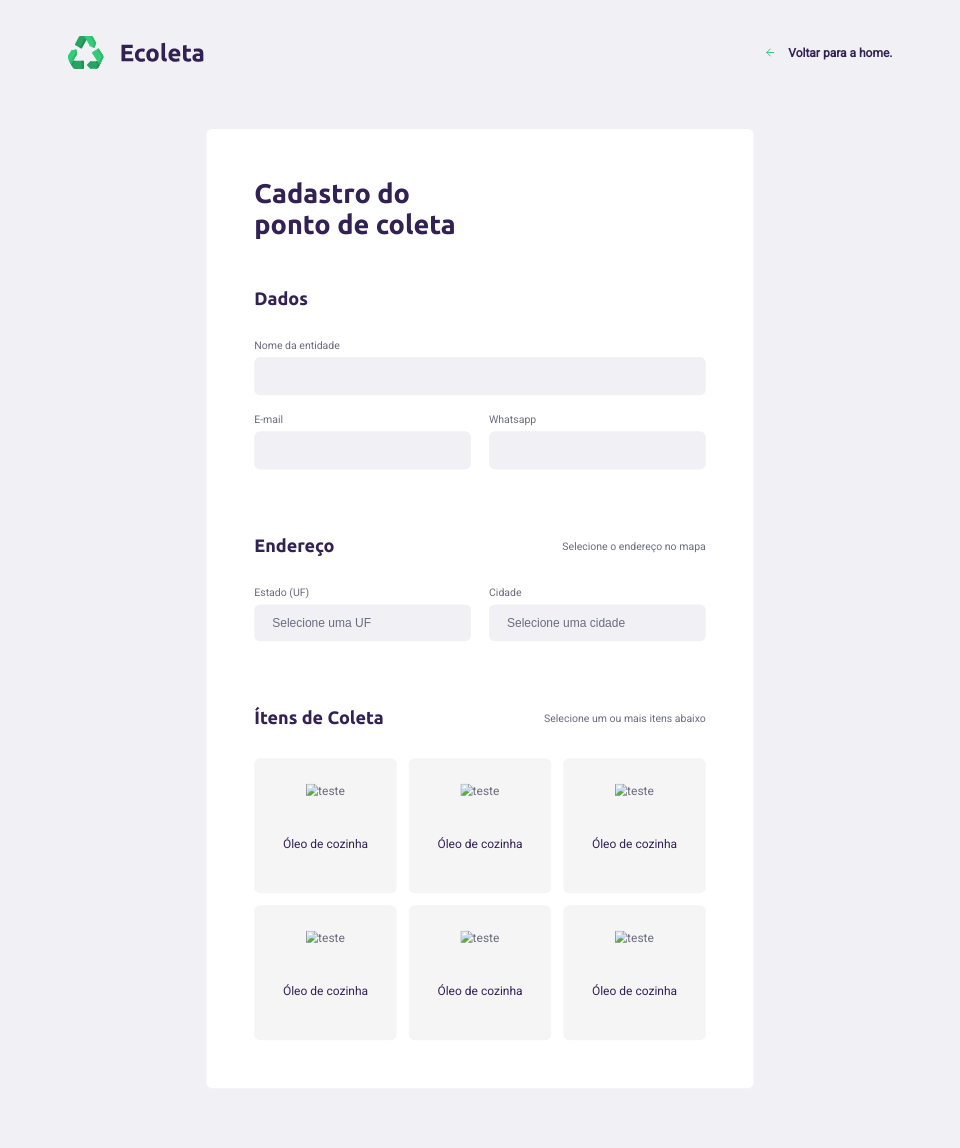
Repository: DavidSamerson/NLW_treinamento_2020
Page: /CreatePoint (app in webapp/)
These files come from the project's save history. The page is drawn as it stood at one moment and after the next save; the edit follows.
The browser window is 1280 px wide. The pictures show the whole page, at 75% of full size.
The project was rebuilt for these pictures with package versions that can differ from the ones it lists, and the page was loaded fresh each time. Also part of the build but not shown: webapp/src/pages/Home/styles.css, webapp/src/pages/Home/index.tsx.

Above is the page before, as saved 2020-06-16 15:38:15.

After the next save:
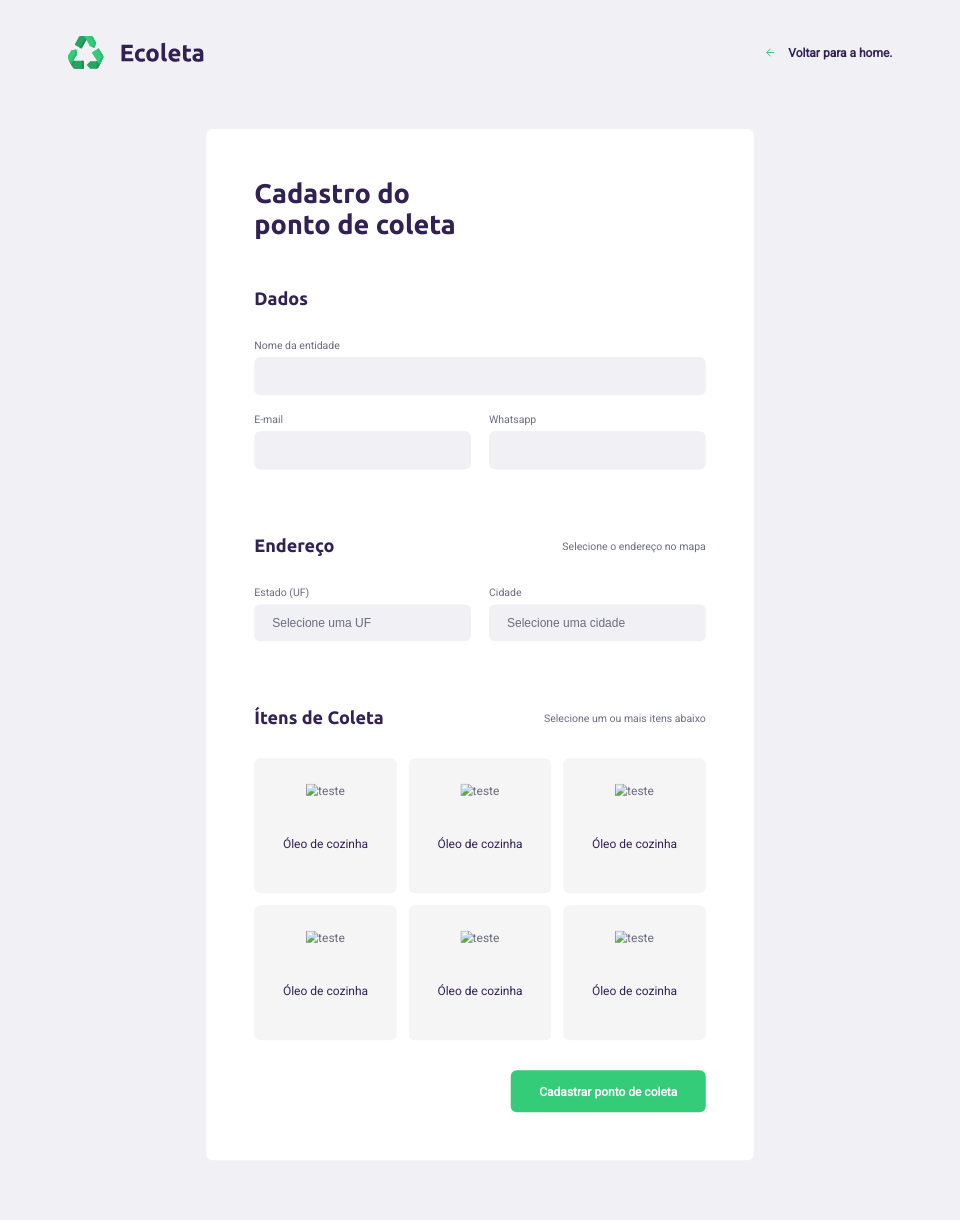
Saved 104 s later.
--- a/webapp/src/pages/CreatePoint/index.tsx
+++ b/webapp/src/pages/CreatePoint/index.tsx
@@ -119,6 +119,10 @@ const CreatePoint = () => {
                         </li>
                     </ul>
                 </fieldset>
+
+                <button type="submit">
+                    Cadastrar ponto de coleta
+                </button>
             </form>
         </div>
     )
